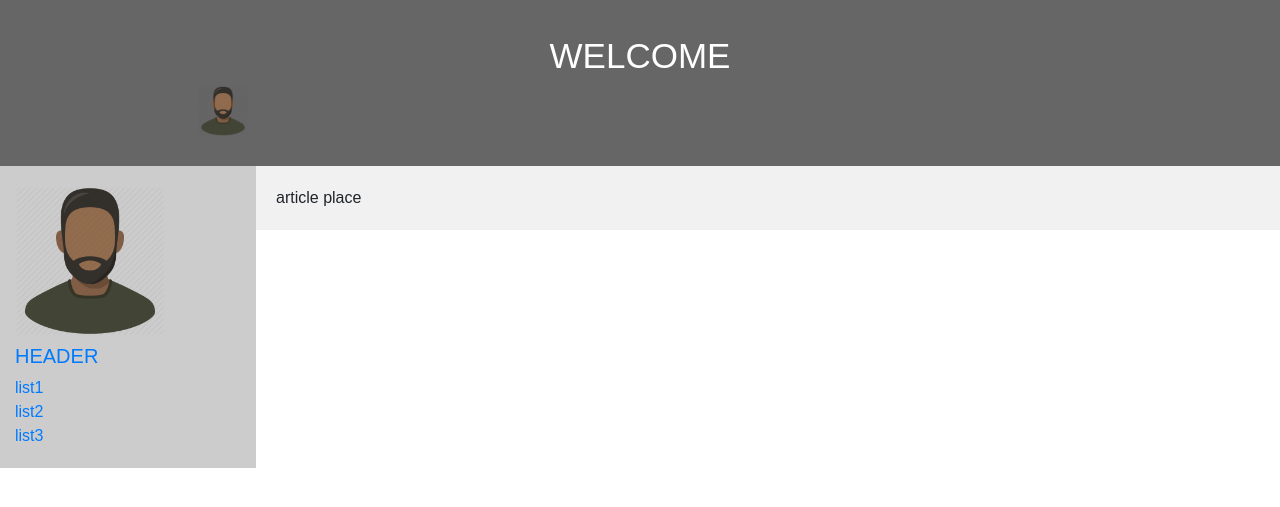
Repository: idrice24/IDRICE24-DASHBOARD
Page: html/header.html
These files come from the project's save history. The page is drawn as it stood at one moment and after the next save; the edit follows.
The browser window is 1280 px wide. The pictures show the whole page.

Above is the page before, as saved 2020-09-03 23:44:59.

### html/header.html
<!DOCTYPE html>
<html lang="en">

<head>
    <meta charset="UTF-8">
    <meta name="viewport" content="width=device-width, initial-scale=1.0">
    <meta http-equiv="X-UA-Compatible" content="ie=edge">
    <title>Document</title>
    <link rel="stylesheet" href="../vendor/bootstrap-4.1/bootstrap.min.css">
    <link rel="stylesheet" href="../vendor/font-awesome-4.7/css/font-awesome.min.css">
    <link rel="stylesheet" href="../vendor/idrice24folder/idrice24.css">
</head>

<body>
    <header>WELCOME
        <div class="row">
            <div class="col-md-4" style="display:inline-block">
                <a href="../imgs/login2.PNG" class="thumbnail" style="display:inline-block">
                    <img src="../imgs/login2.PNG" alt="Pulpit Rock" style="width:50px;height:50px;display:inline-block">
                </a>
            </div>
        </div>
    </header>
    <section>
        <nav class="nav nav-pills nav-stacked">
            <div class="container-fluid">
                <div class="row">
                    <div class="col-md-4">
                        <a href="../imgs/login2.PNG" class="thumbnail">
                            <img src="../imgs/login2.PNG" alt="Pulpit Rock" style="width:150px;height:150px">
                        </a>
                    </div>
                </div>
                <div class="navbar-header">
                    <a class="navbar-brand" href="#">HEADER</a>
                </div>

                <ul class="nav navbar-nav">
                    <li class="active"><a href="#">list1</a></li>
                    <li><a href="#">list2</a></li>
                    <li><a href="#">list3</a></li>
                </ul>
        </nav>








        <article>article place</article>
    </section>

</body>

</html>

### vendor/idrice24folder/idrice24.css
                                * {
                                box-sizing: border-box;
                            }

                            body {
                                font-family: Arial, Helvetica, sans-serif;
                            }

                            h1,
                            h2,
                            h3 {
                                background-color: blueviolet;
                            }

                            header {
                                background-color: #666;
                                padding: 30px;
                                text-align: center;
                                font-size: 35px;
                                color: white;
                            }
                            /* Clear floats after the columns */

                            section:after {
                                content: "";
                                display: table;
                                clear: both;
                            }

                            article {
                                float: left;
                                padding: 20px;
                                width: 80%;
                                background-color: #f1f1f1;
                                height: 100%;
                                /* only for demonstration, should be removed */
                            }
                            /* Create two columns/boxes that floats next to each other */

                            nav {
                                float: left;
                                width: 20%;
                                height: auto;
                                background: #ccc;
                                padding: 20px;
                            }
                            /* Style the footer */

                            footer {
                                background-color: #777;
                                padding: 10px;
                                text-align: center;
                                color: white;
                            }
                            /* Responsive layout - makes the two columns/boxes stack on top of each other instead of next to each other, on small screens */

                            @media (max-width: 600px) {
                                nav,
                                article {
                                    width: 100%;
                                    height: auto;
                                }

Loaded but not shown: vendor/bootstrap-4.1/bootstrap.min.css (library); vendor/font-awesome-4.7/css/font-awesome.min.css (library)

After the next save:
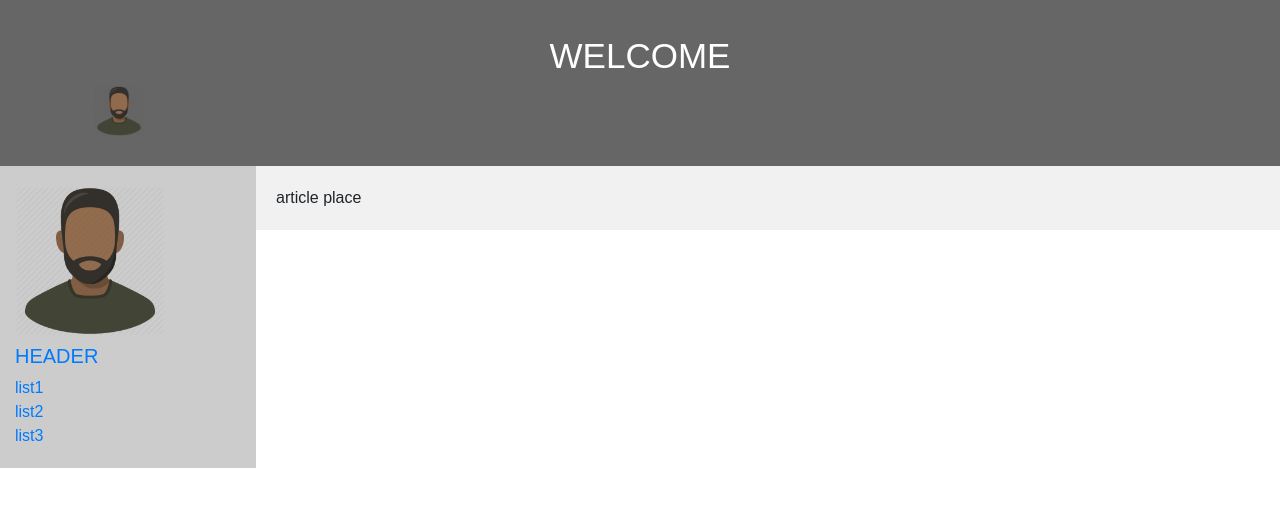
Saved 16 s later.
--- a/html/header.html
+++ b/html/header.html
@@ -14,7 +14,7 @@
 <body>
     <header>WELCOME
         <div class="row">
-            <div class="col-md-4" style="display:inline-block">
+            <div class="col-md-2" style="display:inline-block">
                 <a href="../imgs/login2.PNG" class="thumbnail" style="display:inline-block">
                     <img src="../imgs/login2.PNG" alt="Pulpit Rock" style="width:50px;height:50px;display:inline-block">
                 </a>
